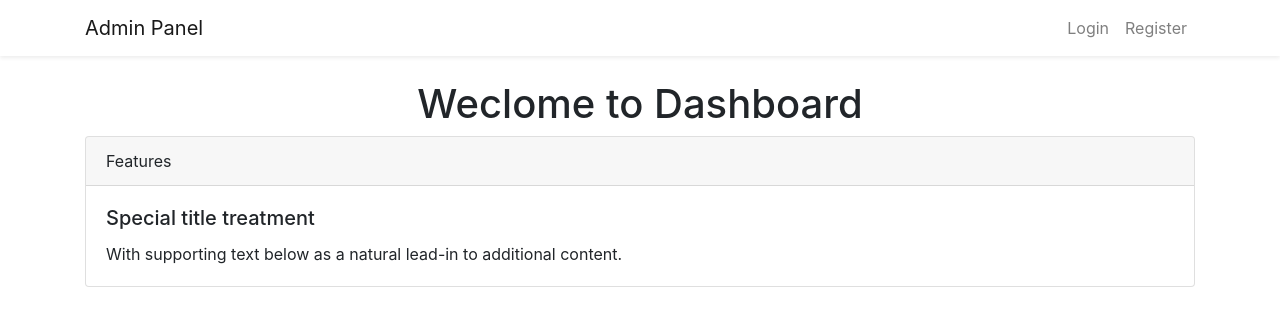
Repository: mohamedelbadawi/Simple-galley-using-laravel
Page: http://localhost/admin/dashboard
The author's editor kept a copy of each file at every save. The page is drawn from the files as they stood at one save, then again after the next save.
The browser window is 1280 px wide. The pictures show the whole page.
The page is served by the project's Laravel application, run on PHP 8.4 with Laravel 8.

Above is the page before, as saved 2021-09-01 11:55:32.

After the next save:
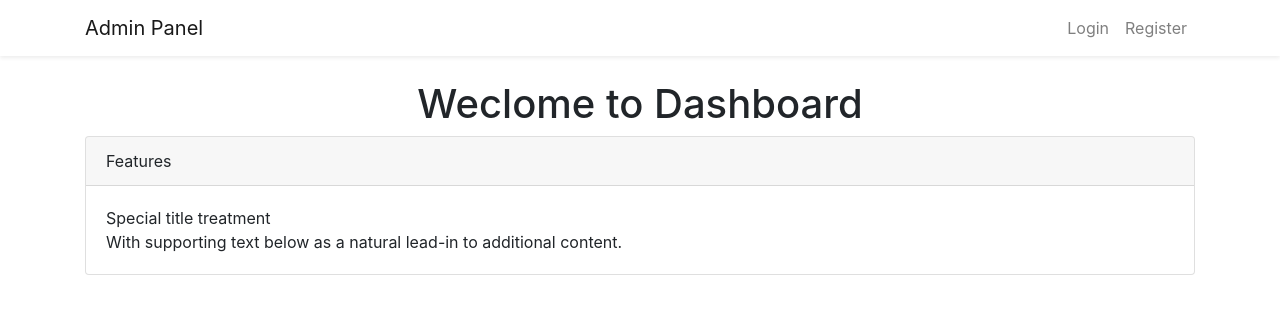
Saved 4 s later.
--- a/Gallery/resources/views/admin/Dashboard.blade.php
+++ b/Gallery/resources/views/admin/Dashboard.blade.php
@@ -10,7 +10,7 @@
                 Features
             </div>
             <div class="card-body">
-                <h5 class="card-title">Special title treatment</h5>
+                <a class="card-title">Special title treatment</a>
                 <p class="card-text">With supporting text below as a natural lead-in to additional content.</p>
 
             </div>
